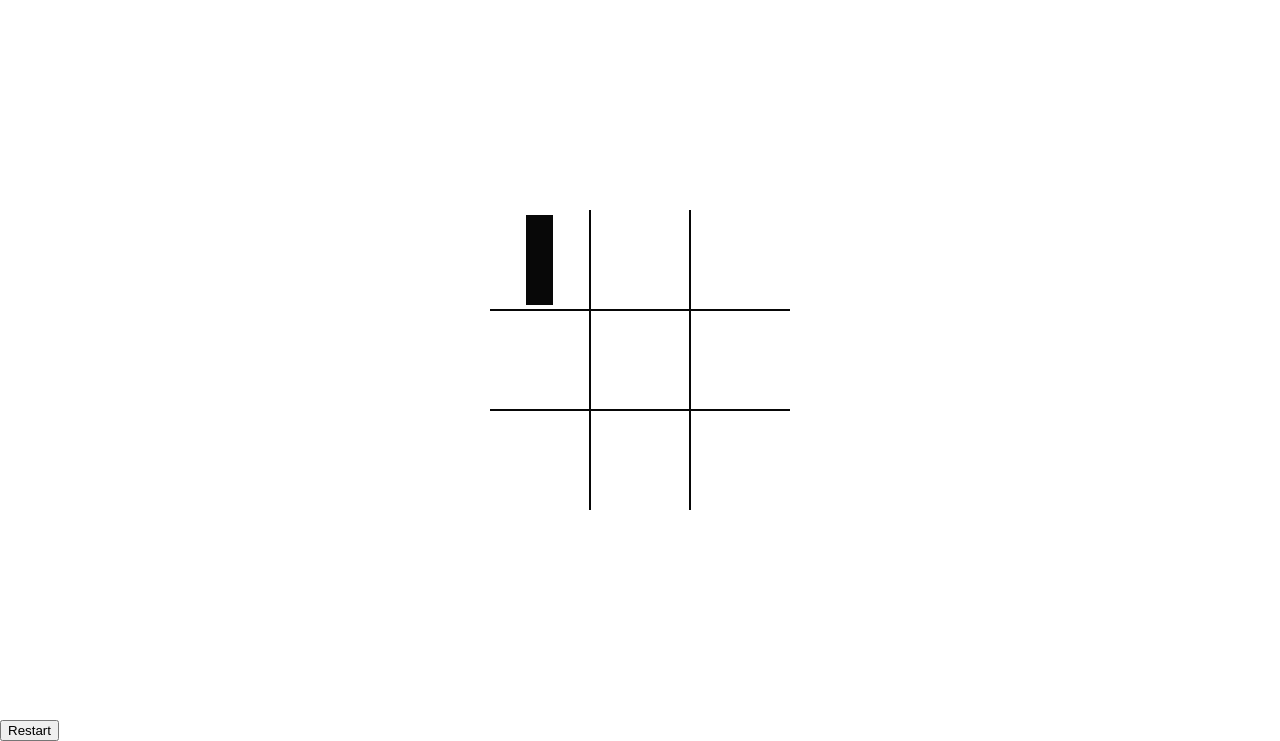
Repository: kkyler24/MCLA
Page: devFiles/TictactoeFiles/ticTacToe.html
The author's editor kept a copy of each file at every save. The page is drawn from the files as they stood at one save, then again after the next save.
The browser window is 1280 px wide. The pictures show the whole page.

Above is the page before, as saved 2020-04-17 13:11:17.

### devFiles/TictactoeFiles/ticTacToe.html
<!DOCTYPE html>
<html lang="en">

<head>
    <meta charset="UTF-8">
    <meta name="viewport" content="width=device-width, initial-scale=1.0">
    <link rel="stylesheet" type="text/css" href="tictactoe.css">
    <script src="tictactoe.js" defer></script>
    <title>Tic Tac Toe</title>
</head>

<body>
    <sectionOne>
        <!-- NavBar -->
        <!-- <nav class="navbar navbar-light bg-light">
            <!-- Image Logo -->
            <!-- <a class="navbar-brand" href="#">
                <img src="/docs/4.0/assets/brand/bootstrap-solid.svg" width="30" height="30"
                    class="d-inline-block align-top" alt="">
                Bootstrap -->
            <!-- </a> -->
        </nav>
    </sectionOne>
<sectionTwo>

<div class="BoardOne" id="BoardOne">
    <div class="cellBOne x" data-cell></div>
    <div class="cellBOne" data-cell></div>
    <div class="cellBOne" data-cell></div>
    <div class="cellBOne" data-cell></div>
    <div class="cellBOne" data-cell></div>
    <div class="cellBOne" data-cell></div>
    <div class="cellBOne" data-cell></div>
    <div class="cellBOne" data-cell></div>
    <div class="cellBOne" data-cell></div>
</div>
<div class="winning-message-One" id="winningMessageOne">
    <div class="data-winning-message-text-One"></div>
    <button id="restartButtonOne">Restart</button>
</div>



</sectionTwo>











</body>

### devFiles/TictactoeFiles/tictactoe.css
*,*::after, *::before{
    box-sizing: border-box;
}
:root {
    --cell-size:100px;
    --mark-size:calc(var(--cell-size)*.9);
    /* this makes the preview marks 90% of the cell size */
}

body{
    margin:0;
}

.BoardOne{
    width: 100vw;
    height: 100vh;
    display: grid;
    justify-content: center;
    align-content: center;
    align-items: center;
    justify-items: center;
    grid-template-columns: repeat(3,auto);
    /* this resizes the grid and makes all the cells automatically evenly sized */
}
.cellBOne{
    width: var(--cell-size);
    height: var(--cell-size);
    border: 1px solid rgb(8, 8, 8);
    display: flex;
    justify-content: center;
    align-items: center;
}
.cellBOne:first-child,
.cellBOne:nth-child(2),
.cellBOne:nth-child(3){
    border-top: none;
}

.cellBOne:nth-child(3n+1){
    border-left: none;
}

.cellBOne:nth-child(3n+3){
    border-right: none;
}

.cellBOne:last-child,
.cellBOne:nth-child(8),
.cellBOne:nth-child(7){
    border-bottom: none;
}

.cellBOne.x::before,
.cellBOne.x::after{
    content: "";
    width: calc(var(--mark-size)*.15);
    height: var(--mark-size);
    background-color: rgb(8, 8, 8);

}

Loaded but not shown: devFiles/TictactoeFiles/tictactoe.js (no stored copy; drawn as an empty file)

After the next save:
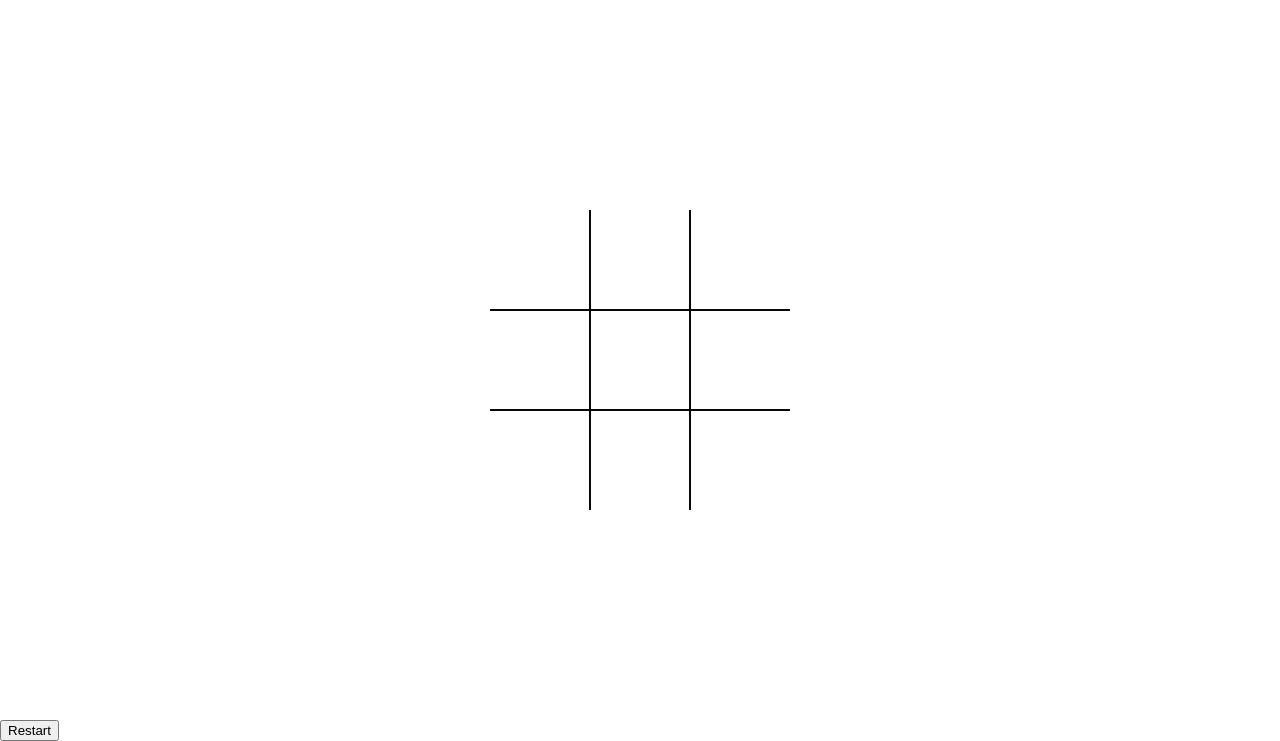
Saved 8 s later.
--- a/devFiles/TictactoeFiles/tictactoe.css
+++ b/devFiles/TictactoeFiles/tictactoe.css
@@ -53,7 +53,7 @@
 .cellBOne.x::before,
 .cellBOne.x::after{
     content: "";
-    width: calc(var(--mark-size)*.15);
+    width: calc(var(--mark-size)*.-15);
     height: var(--mark-size);
     background-color: rgb(8, 8, 8);
 

After the save that followed:
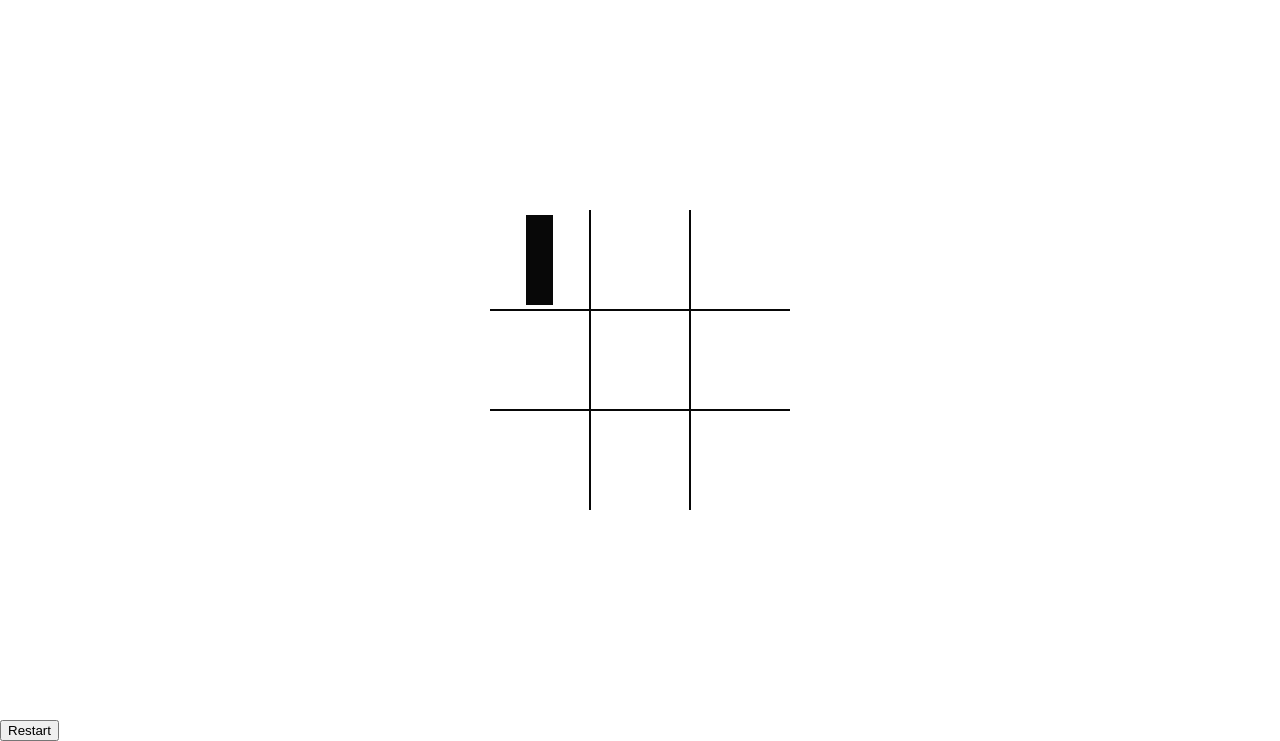
Saved 24 s later.
--- a/devFiles/TictactoeFiles/tictactoe.css
+++ b/devFiles/TictactoeFiles/tictactoe.css
@@ -53,7 +53,7 @@
 .cellBOne.x::before,
 .cellBOne.x::after{
     content: "";
-    width: calc(var(--mark-size)*.-15);
+    width: calc(var(--mark-size)*.15);
     height: var(--mark-size);
     background-color: rgb(8, 8, 8);
 
